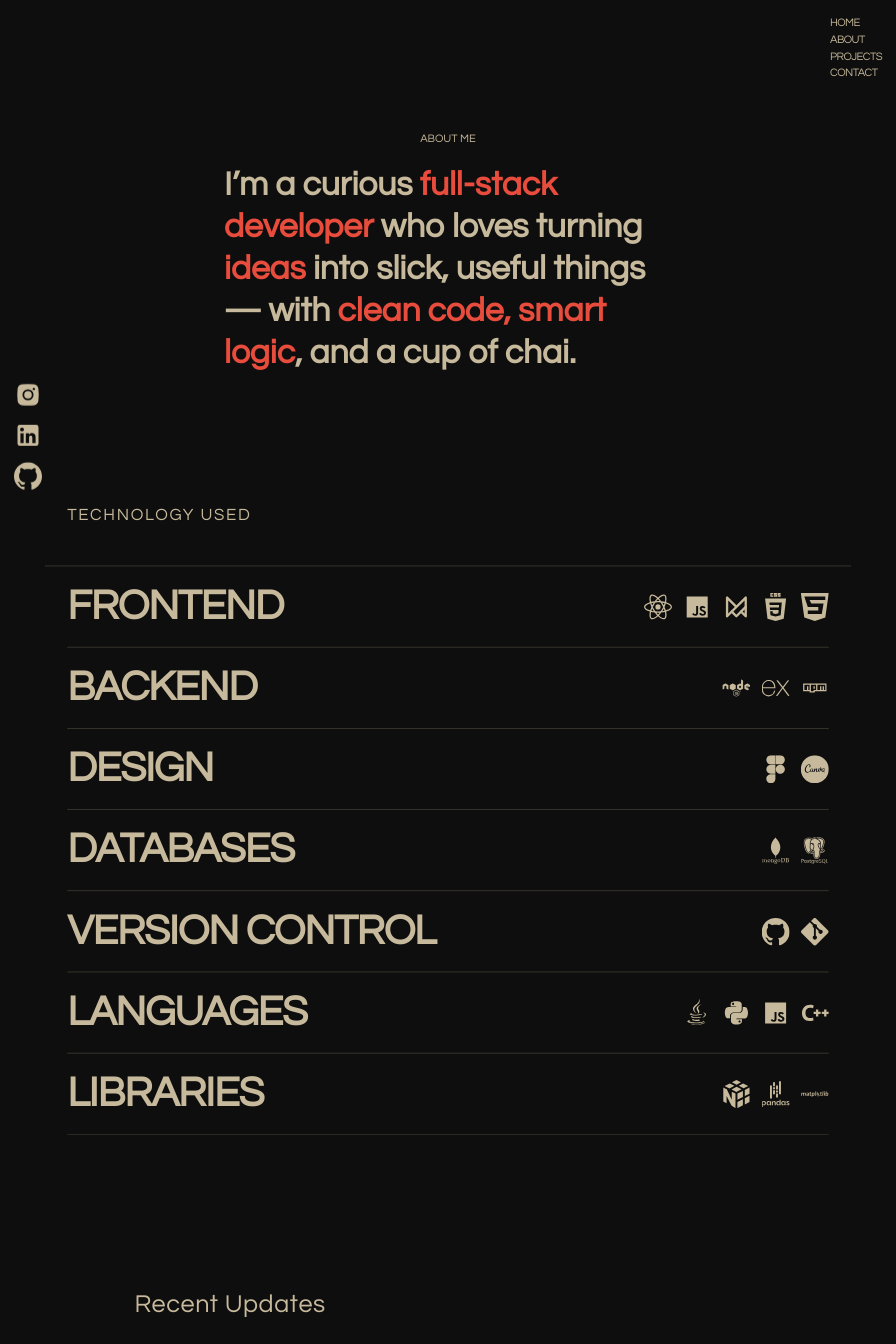
Repository: divyamGNH/DivyamPF
Page: /about
These files come from the project's save history. The page is drawn as it stood at one moment and after a run of saves; the edit follows.
The browser window is 1280 px wide. The pictures show the part of the page from y = 0 to 1920 px (the page is 2725 px tall), at 70% of full size.
The project was rebuilt for these pictures with package versions that can differ from the ones it lists, and the page was loaded fresh each time. Also part of the build but not shown: vite.config.js, src/App.css, src/components/MaskLayer.jsx, src/pages/Landing.jsx, src/pages/TopProjects.jsx, src/animations/ScrolltoAnimate.jsx, src/pages/Home.jsx.

Above is the page before, as saved 2025-12-20 22:37:13.

After the next 2 saves:
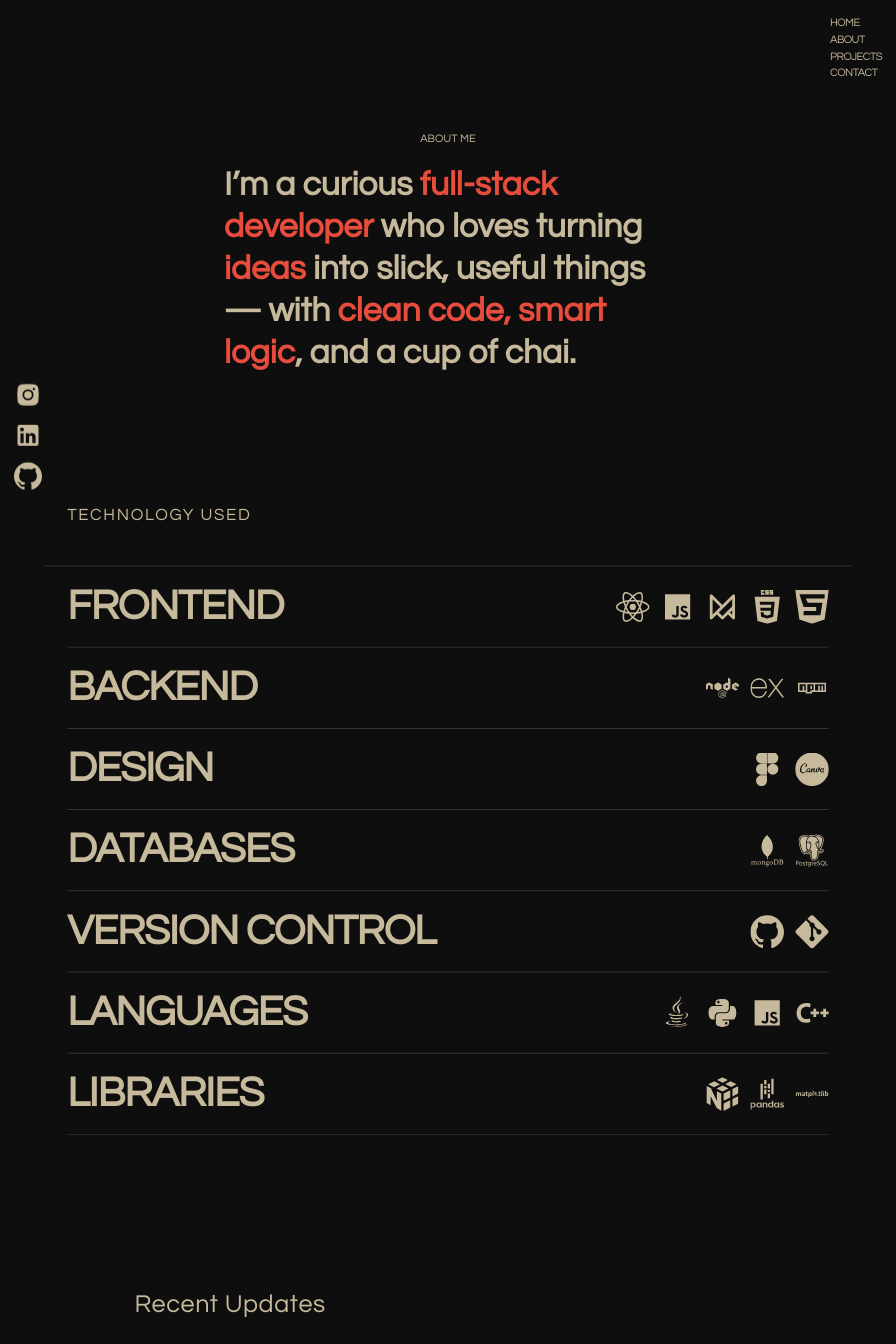
The 2 saves are shown as one change because they came seconds apart.
The last was saved 18 s later.
--- a/src/pages/TechStack.jsx
+++ b/src/pages/TechStack.jsx
@@ -10,7 +10,7 @@
       <img
         src={icon.src}
         alt={icon.alt || "icon"}
-        className="h-10 w-10 sm:h-10 sm:w-10"
+        className="h-10 w-10 sm:h-12 sm:w-12"
       />
     </a>
   ));
